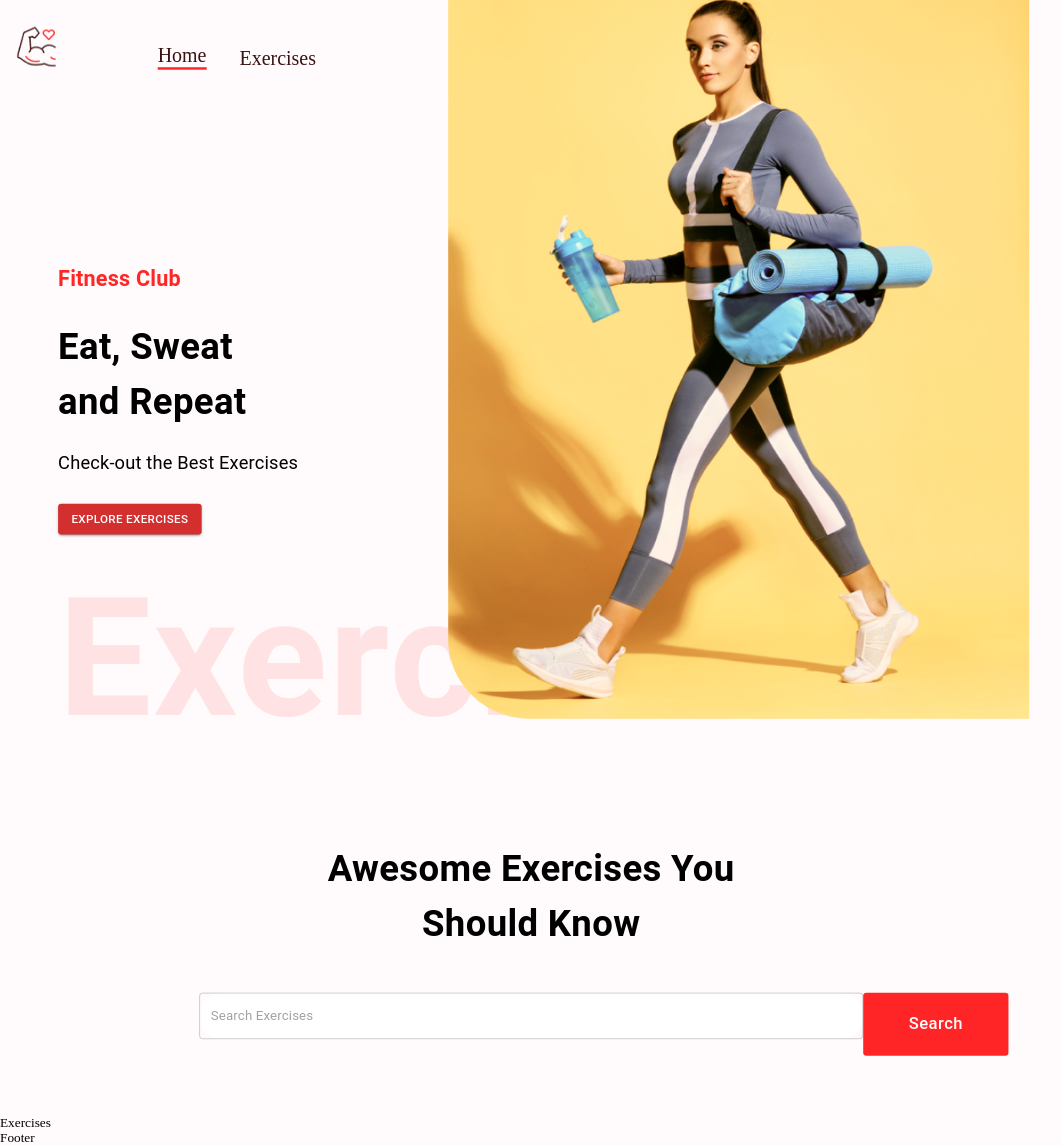
Repository: remydev47/fitness-center
Page: /
These files come from the project's save history. The page is drawn as it stood at one moment and after the next save; the edit follows.
The browser window is 1280 px wide. The pictures show the whole page, at 83% of full size.
The project was rebuilt for these pictures with package versions that can differ from the ones it lists, and the page was loaded fresh each time. Also part of the build but not shown: src/pages/ExerciseDetail.js.

Above is the page before, as saved 2022-07-26 01:21:15.

After the next save:
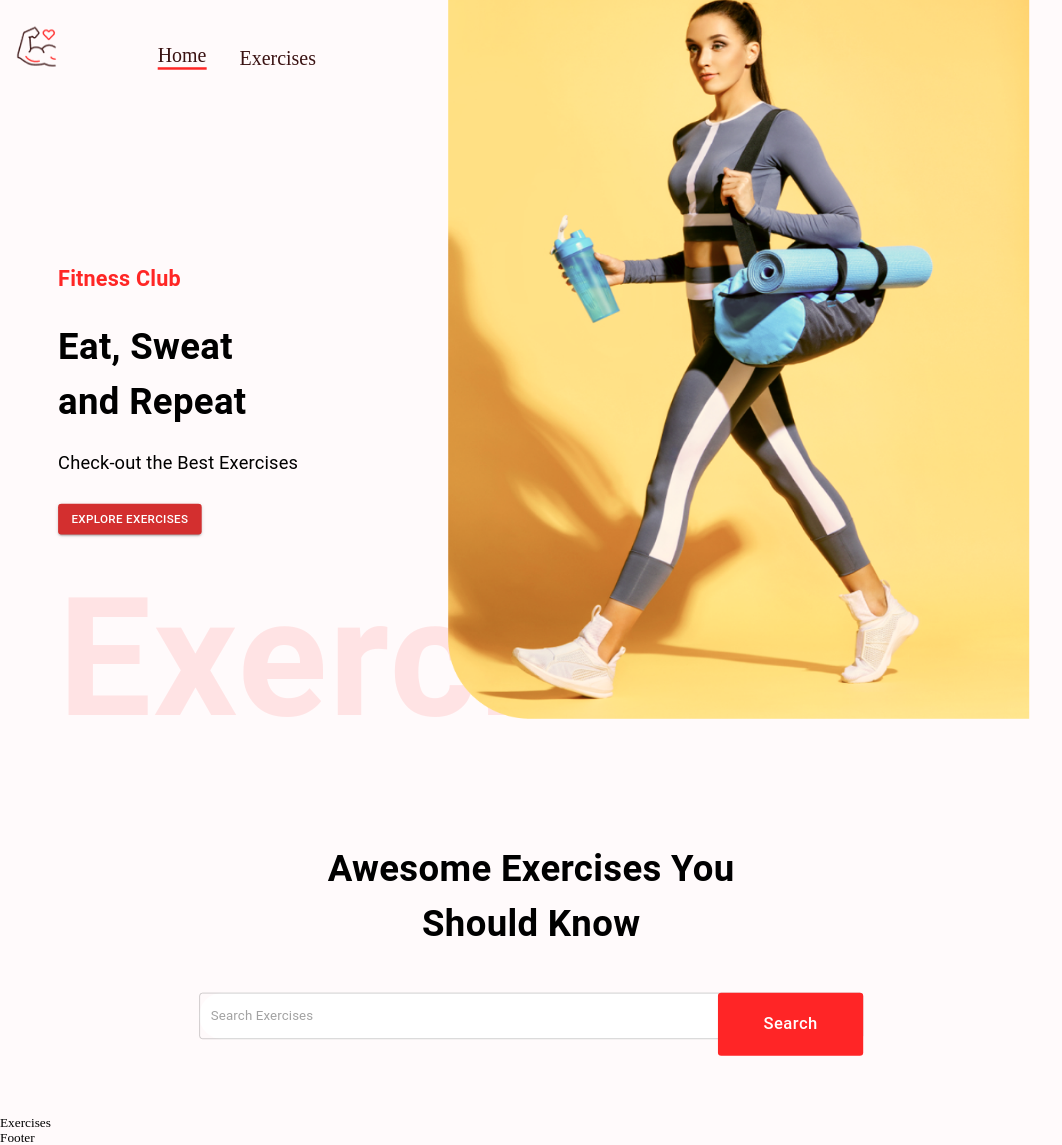
Saved 7 min 40 s later.
--- a/src/components/SearchExercises.js
+++ b/src/components/SearchExercises.js
@@ -60,7 +60,8 @@ const SearchExercises = () => {
                     xs: '14px'
                 },
                 height: '76px',
-                position: 'absolute'
+                position: 'absolute',
+                right: '0'
              }}
             >
                 Search
